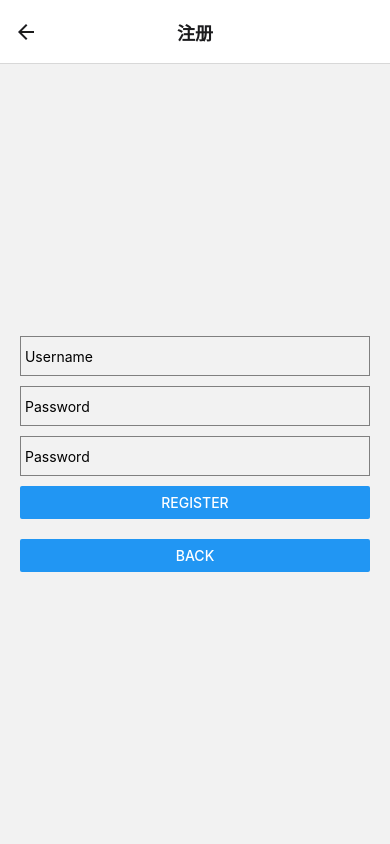
Repository: RidenShogunei/reactnative--make-an-app
Screen: /register (app in Myapp/)
The author's editor kept a copy of each file at every save. The screen is drawn from the files as they stood at one save, then again after the next save.
The app was drawn by React Native's web renderer in a window 390 px wide. The project was rebuilt for these pictures with package versions that can differ from the ones it lists, and the page was loaded fresh each time.

Above is the screen before, as saved 2024-04-20 19:20:53.

### Myapp/App.js
import { NavigationContainer } from '@react-navigation/native';
import { createStackNavigator } from '@react-navigation/stack';

const Stack = createStackNavigator();
import Login from './pages/login'
import Register from './pages/register'
function App() {
  return (
    <NavigationContainer>
      <Stack.Navigator initialRouteName="login">
        <Stack.Screen
          name="login"
          component={Login}
          options={{
            title: '登录',
            headerTitleAlign: 'center', // 设置标题居中
            headerTitleStyle: {
              fontWeight: 'bold', // 设置标题字体为粗体
            },
          }}
        />
        <Stack.Screen
          name="register"
          component={Register}
          options={{
            title: '注册',
            headerTitleAlign: 'center', // 设置标题居中
            headerTitleStyle: {
              fontWeight: 'bold', // 设置标题字体为粗体
            },
          }}
        />
      </Stack.Navigator>
    </NavigationContainer>
  );
}

export default App;

### Myapp/pages/login.jsx
// Login.jsx
import React, { useState } from 'react';
import { View, TextInput, Button, StyleSheet } from 'react-native';
import { useNavigation } from '@react-navigation/native';

const Login = () => {
  const [username, setUsername] = useState('');
  const [password, setPassword] = useState('');
  const navigation = useNavigation();

  const handleLogin = () => {
    // 这里应该进行登录的逻辑处理
    // 如果登录成功，可以导航到其他界面
  };

  return (
    <View style={styles.container}>
      <TextInput
        style={styles.input}
        placeholder=" Username"
        value={username}
        onChangeText={setUsername}
      />
      <TextInput
        style={styles.input}
        placeholder=" Password"
        secureTextEntry
        value={password}
        onChangeText={setPassword}
      />

    <View style={styles.buttonContainer}>
      <Button title="Login" onPress={handleLogin} />
      <View style={styles.spacingView}/>
      <Button title="Register" onPress={() => navigation.navigate('register')}/>
    </View>
    </View>
  );
};

const styles = StyleSheet.create({
  container: { flex: 1, padding: 20, justifyContent: 'center' },
  input: { height: 40, borderColor: 'gray', borderWidth: 1, marginBottom: 10 },
  buttonContainer: {
    justifyContent: 'center',
  },
  spacingView: {
    height: 20, // 调整这个值可以改变按钮之间的距离
  }
});
export default Login;

### Myapp/pages/register.jsx
// Register.jsx
import React, { useState } from "react";
import { View, TextInput, Button, StyleSheet } from "react-native";
import { useNavigation } from "@react-navigation/native";

const Register = () => {
  const [username, setUsername] = useState("");
  const [password, setPassword] = useState("");
  const navigation = useNavigation();

  const handleRegister = () => {
    // 这里应该进行登录的逻辑处理
    // 如果登录成功，可以导航到其他界面
  };

  return (
    <View style={styles.container}>
      <TextInput
        style={styles.input}
        placeholder=" Username"
        value={username}
        onChangeText={setUsername}
      />
      <TextInput
        style={styles.input}
        placeholder=" Password"
        secureTextEntry
        value={password}
        onChangeText={setPassword}
      />
      <TextInput
        style={styles.input}
        placeholder=" Password"
        secureTextEntry
        value={password}
        onChangeText={setPassword}
      />
      <View style={styles.buttonContainer}>
        <Button title="Register" onPress={handleRegister} />
        <View style={styles.spacingView} />
        <Button title="Back" onPress={() => navigation.navigate("login")} />
      </View>
    </View>
  );
};

const styles = StyleSheet.create({
  container: { flex: 1, padding: 20, justifyContent: "center" },
  input: { height: 40, borderColor: "gray", borderWidth: 1, marginBottom: 10 },
  buttonContainer: {
    justifyContent: "center",
  },
  spacingView: {
    height: 20, // 调整这个值可以改变按钮之间的距离
  },
});

export default Register;

After the next save:
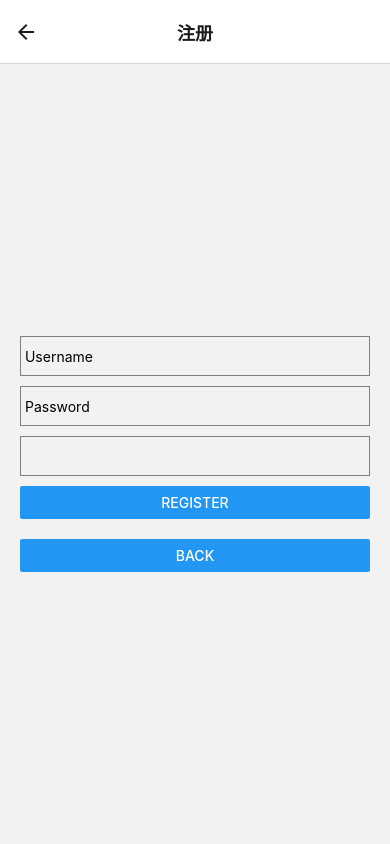
Saved 4 s later.
--- a/Myapp/pages/register.jsx
+++ b/Myapp/pages/register.jsx
@@ -30,7 +30,7 @@ const Register = () => {
       />
       <TextInput
         style={styles.input}
-        placeholder=" Password"
+        placeholder=" "
         secureTextEntry
         value={password}
         onChangeText={setPassword}
